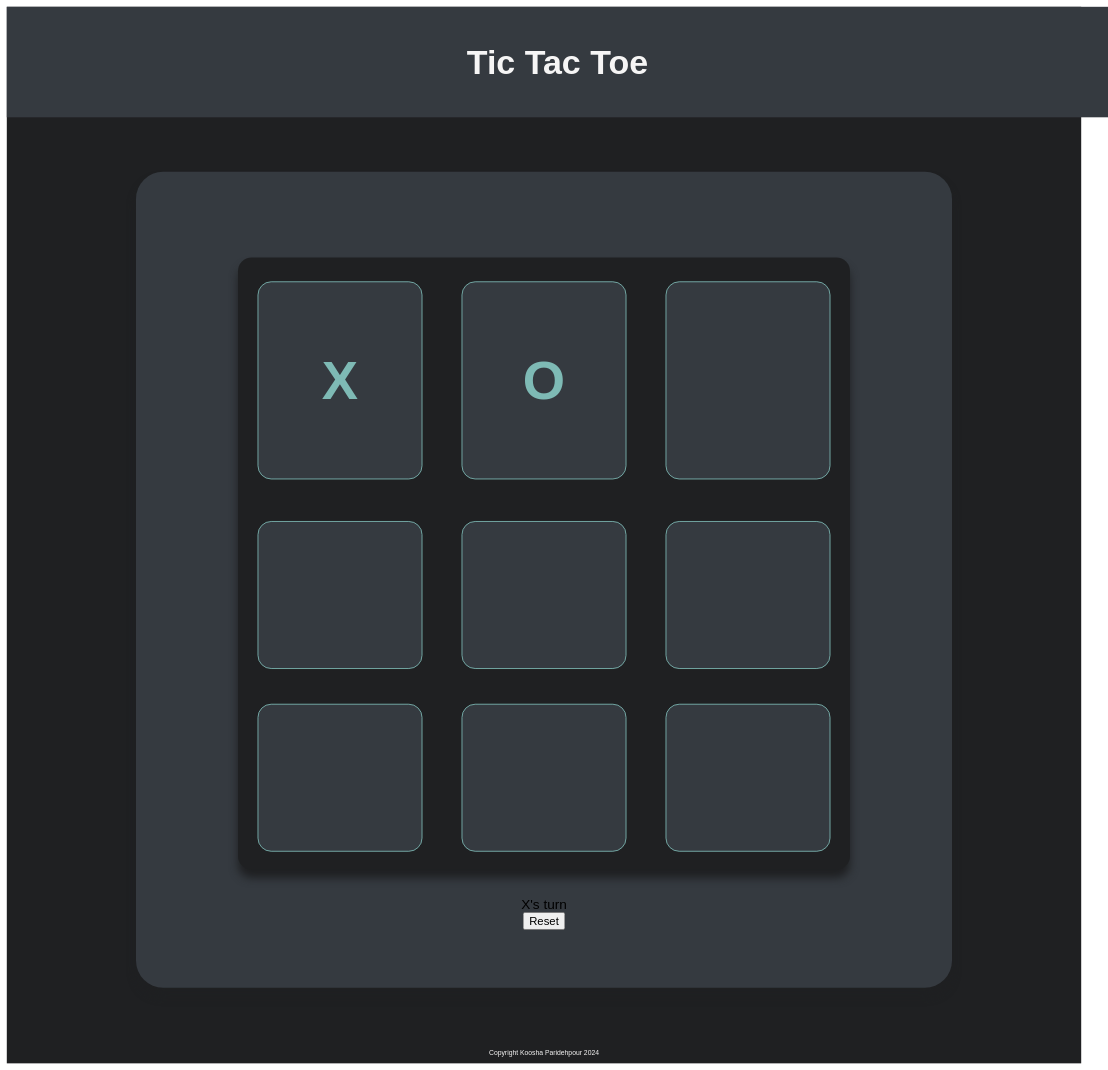
Repository: KooshaPari/odin-TTT
Page: index.html
An editor plug-in stored every save of this project. The page is shown before and after the next save, followed by the edit.
The browser window is 1280 px wide. The page is 1304 px wide, so the pictures cover 1304 px, including what lies to the right of the window. The pictures show the whole page, at 85% of full size.

Above is the page before, as saved 2024-03-14 23:00:22.

After the next save:
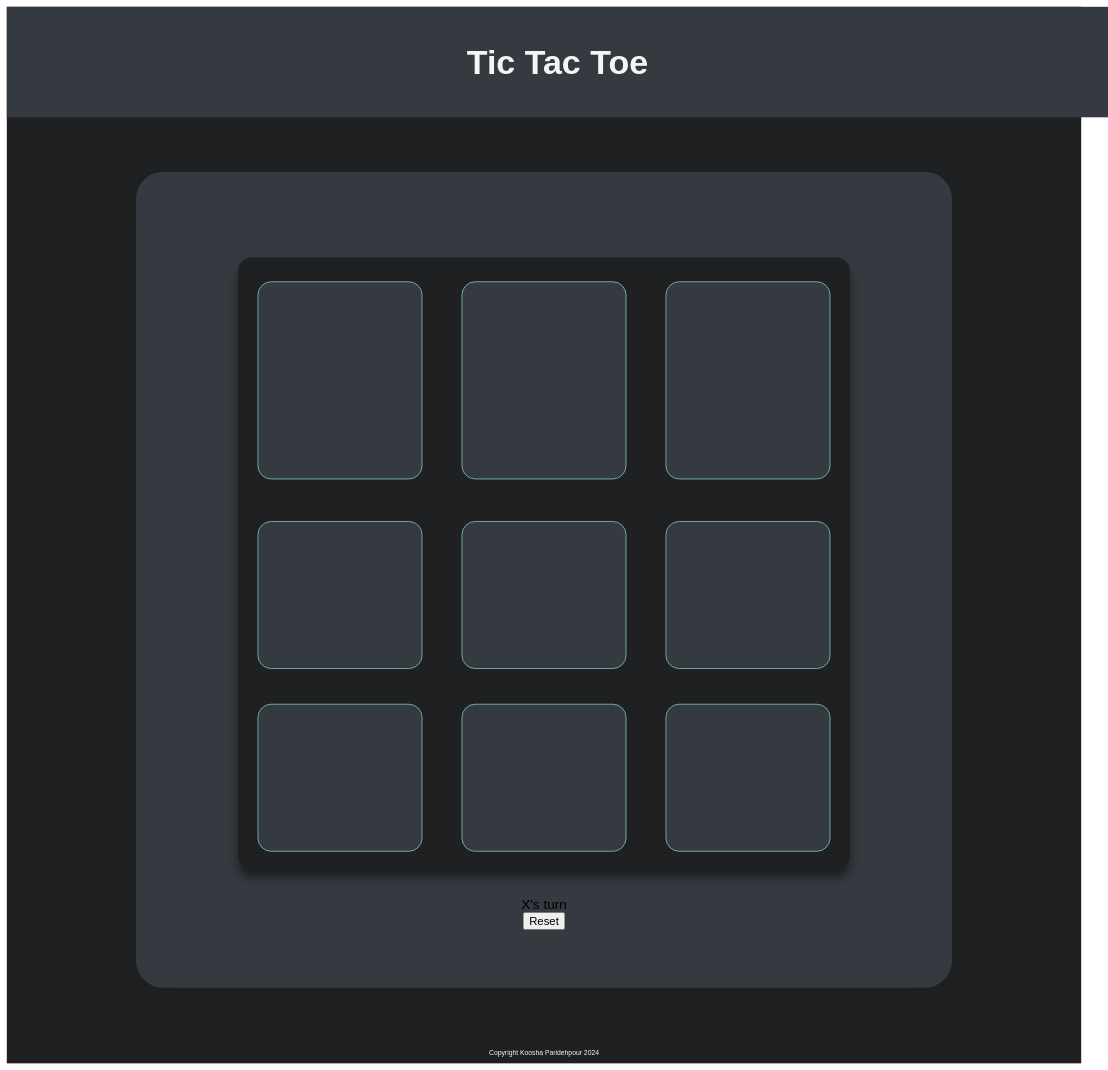
Saved 53 s later.
--- a/style.css
+++ b/style.css
@@ -115,7 +115,7 @@
   white-space: nowrap;
 }
 .square p {
-  flex: 1;
+  flex: 0;
   font-size: 4em;
   color: #7ebab5;
   width: 5vw;
